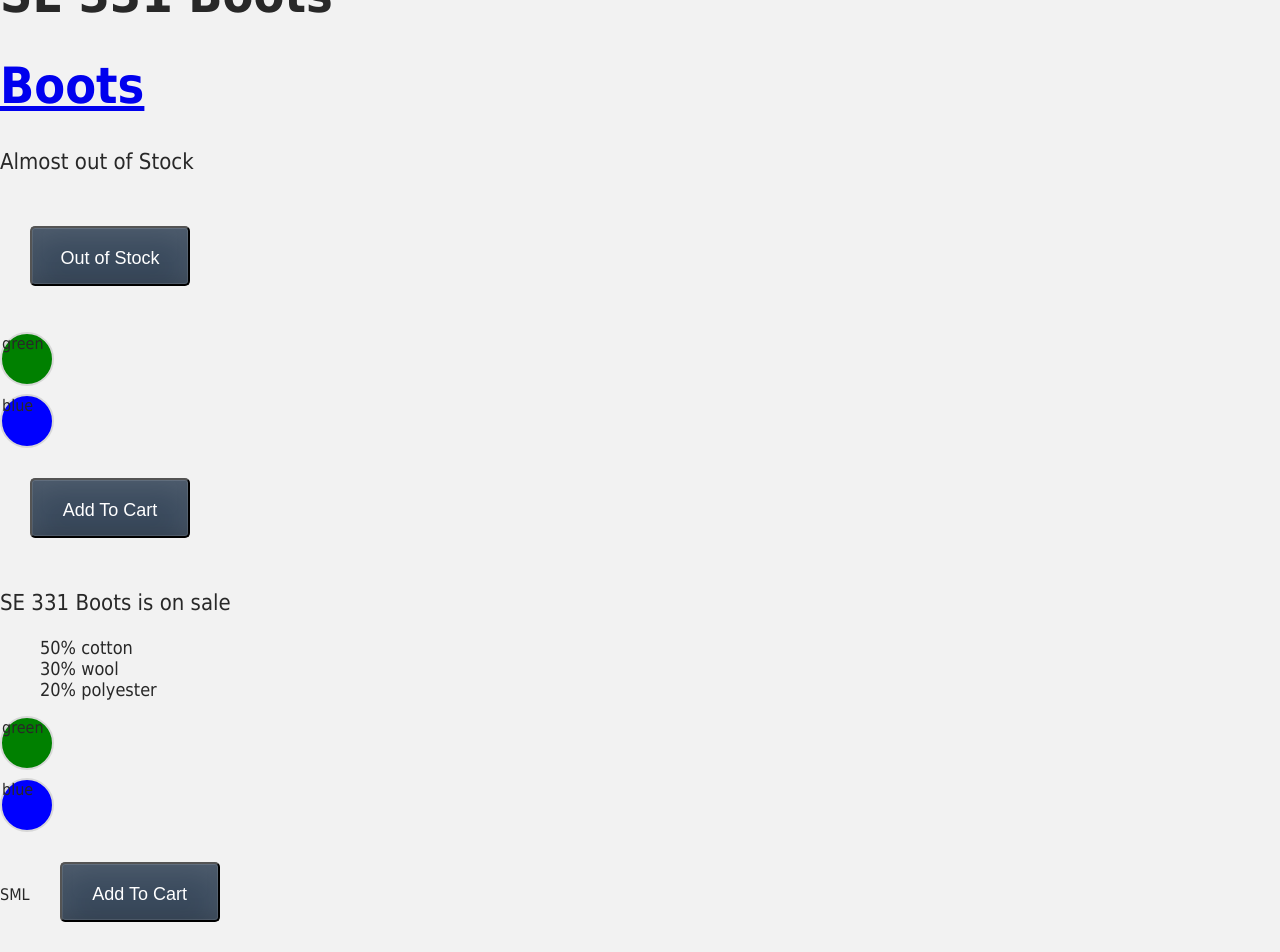
Repository: assassinhua/lab1
Page: index.html
These files come from the project's save history. The page is drawn as it stood at one moment and after the next save; the edit follows.
The browser window is 1280 px wide. The pictures show the part of the page from y = 438 to 1390 px (the page is 1390 px tall before and 1289 px after).
A picture or video elsewhere on the page could not be fetched, so the positions and the page height are approximate.

Above is the page before, as saved 2024-10-24 16:09:13.

### index.html
<!DOCTYPE html>
<html lang="en">

<head>
    <meta charset="UTF-8" />
    <title>Intro SE331</title>
    <!-- Import Styles -->
    <link rel="stylesheet" href="./assets/styles.css" />
    <!-- Import Vue.js -->
    <script src="https://unpkg.com/vue@3/dist/vue.global.js"></script>
</head>

<body>
    <div id="app">
        <div class="nav-bar"></div>
        <div class="cart">Cart({{cart}})</div>
        <div class="cart">Stock Status: <span>{{ inStock ? 'In Stock' : 'Out of Stock' }}</span></div>
        <div class="product-display">
            <div class="product-container">
                <div class="product-image">
                    <img :src="image" :class="{'out-of-stock-image':!inStock}" alt="product-image">
                </div>
            </div>
        </div>
        <div class="product-info">
            <h1>{{title}}</h1>
            <a :href="productUrl" target="_blank">
                <h1>{{product}}</h1>
            </a>
            <p v-if="inventory > 10">In Stock</p>
            <p v-else-if="inventory <= 10 && inventory > 0">Almost out of Stock</p>
            <p v-else>Out of Stock</p>
            <button class="button" @click="toggleInStock">
                {{ inStock ? 'Out of Stock' : ' In Stock' }}
            </button>

            <ul>
                <li v-for="size in sizes">{{size}}</li>
            </ul>
             <div v-for="(variant,index) in variants" :key="variant.id"
             @mouseover="updateVariant(index)"
             class="color-circle" :style="{backgroundColor: variant.color}">
                                {{ variant.color}}
            </div>


            <button class="button" :disabled='!inStock'
            @click="addToCart" :class="{disabledButton: !inStock}">Add To
                Cart</button>
            </div>

            <p v-if="onSale">{{isOnSale}}</p>
            <p v-else>not on sale</p>
            <ul>
                <li v-for="detail in details">{{detail}}</li>
            </ul>
            <div v-for="(variant,index) in variants" :key="variant.id" @mouseover="updateVariant(index)"
                class="color-circle" :style="{backgroundColor: variant.color}">
                {{ variant.color}}
            </div>
            <span v-for="productSize in productSizes" :key="productSize.id">
                {{ productSize.size}}
            </span>
            <button class="button" :disabled='!inStock' @click="addToCart" :class="{disabledButton: !inStock}">Add To
                Cart</button>


        </div>

    </div>

    <!-- Import Js -->
    <script src="./main.js"></script>
</body>

</html>

### assets/styles.css
body {
  background-color: #f2f2f2;
  margin: 0px;
  font-family: tahoma;
  color: #282828;
}

.button {
  margin: 30px;
  background-color: #39495c;
  border-radius: 5px;
  font-size: 18px;
  width: 160px;
  height: 60px;
  color: white;
  padding: 20px;
  box-shadow: inset 0 -0.6em 1em -0.35em rgba(0, 0, 0, 0.17),
    inset 0 0.6em 2em -0.3em rgba(255, 255, 255, 0.15),
    inset 0 0 0em 0.05em rgba(255, 255, 255, 0.12);
  text-align: center;
  cursor: pointer;
}

.cart {
  margin: 25px 100px;
  float: right;
  border: 1px solid #d8d8d8;
  padding: 10px 30px;
  background-color: white;
  -webkit-box-shadow: 0px 2px 15px -12px rgba(0, 0, 0, 0.57);
  -moz-box-shadow: 0px 2px 15px -12px rgba(0, 0, 0, 0.57);
  box-shadow: 2px 15px -12px rgba(0, 0, 0, 0.57);
}

.color-circle {
  width: 50px;
  height: 50px;
  margin-top: 8px;
  border: 2px solid #d8d8d8;
  border-radius: 50%;
}


.disabledButton {
  background-color: #d8d8d8;
  cursor: not-allowed;
}

h1 {
  font-size: 50px;
}

h3 {
  font-size: 25px;
}

img {
  border: 2px solid #d8d8d8;
  width: 70%;
  margin: 40px;
  padding: 15px;
  -webkit-box-shadow: 0px 2px 15px -12px rgba(0, 0, 0, 0.57);
  -moz-box-shadow: 0px 2px 15px -12px rgba(0, 0, 0, 0.57);
  box-shadow: 2px 15px -12px rgba(0, 0, 0, 0.57);
}

input {
  width: 100%;
  height: 40px;
  margin-bottom: 20px;
}

label {
  font-size: 20px;
  margin-bottom: 5px;
}

li {
  font-size: 18px;
}

.nav-bar {
  background: linear-gradient(-90deg, #84cf6a, #16c0b0);
  height: 60px;
  margin-bottom: 25px;
  -webkit-box-shadow: 0px 2px 15px -12px rgba(0, 0, 0, 0.57);
  -moz-box-shadow: 0px 2px 15px -12px rgba(0, 0, 0, 0.57);
  box-shadow: 1px 1px 5px rgba(0, 0, 0, 0.57);
}

.out-of-stock-image {
  filter: grayscale(100%); /* 这将使图片变为灰色 */
}

p {
  font-size: 22px;
}

.product-display {
  display: flex;
  flex-direction: column;
  padding: 1rem;
}

.product-container {
  display: flex;
  flex-direction: row;
  flex-wrap: wrap;
}

.product-image,
.product-info {
  width: 50%;
}

.review-form {
  display: flex;
  flex-direction: column;
  width: 425px;
  padding: 20px;
  margin: 40px;
  border: 2px solid #d8d8d8;
  background-color: white;
  -webkit-box-shadow: 0px 2px 15px -12px rgba(0, 0, 0, 0.57);
  -moz-box-shadow: 0px 2px 15px -12px rgba(0, 0, 0, 0.57);
  box-shadow: 2px 15px -12px rgba(0, 0, 0, 0.57);
}

.review-container {
  width: 425px;
  padding: 20px;
  background-color: white;
  -webkit-box-shadow: 0px 2px 20px -12px rgba(0, 0, 0, 0.57);
  -moz-box-shadow: 0px 2px 20px -12px rgba(0, 0, 0, 0.57);
  box-shadow: 2px 20px -12px rgba(0, 0, 0, 0.57);
  margin-left: 40px;
  border: 2px solid #d8d8d8;
}

.review-container li {
  margin-bottom: 30px;
}

.review-form .button {
  display: block;
  margin: 30px auto;
}

select {
  height: 40px;
  font-size: 20px;
  background-color: white;
  cursor: pointer;
}

textarea {
  width: 95%;
  height: 70px;
  padding: 10px;
  font-size: 20px;
  margin-bottom: 20px;
}

ul {
  list-style-type: none;
}

@media only screen and (max-width: 600px) {
  .container {
    flex-direction: column;
  }

  .product-image,
  .product-info {
    margin-left: 10px;
    width: 100%;
  }

  .review-form {
    width: 90%;
  }
}

### main.js
const { createApp, ref, computed } = Vue

createApp({
    setup() {
        const product = ref('Boots')
        const brand = ref('SE 331')
        const productUrl = 'http://www.camt.cmu.ac.th'
        const inventory = ref(5)
        const onSale = ref(true)
        const details = ref([
            '50% cotton',
            '30% wool',
            '20% polyester'
        ])
        const variants = ref([
            { id: 2234, color: 'green', image: './assets/images/socks_green.jpg', quantity: 50 },
            { id: 2235, color: 'blue', image: './assets/images/socks_blue.jpg', quantity: 0 }
        ])
        const selectedVariant = ref(0)
        const productSizes = ref([
            { id: 1, size: 'S' },
            { id: 2, size: 'M' },
            { id: 3, size: 'L' },
        ])
        const cart = ref(0)
        function addToCart() {
            cart.value += 1
        }
        const title = computed(() => {
            return brand.value + ' ' + product.value
        })
        const isOnSale = computed(() => {
            return brand.value + ' ' + product.value + ' ' + 'is on sale'
        })
        function updateImage(variantImage) {
            image.value = variantImage
        }
        function updateVariant(index) {
            selectedVariant.value = index;
        }
        const image = computed(() => {
            return variants.value[selectedVariant.value].image
        })
        const inStock = computed(() => {
            return variants.value[selectedVariant.value].quantity
        })
        const toggleInStock = () => {
            const currentVariant = variants.value[selectedVariant.value];
            currentVariant.quantity = currentVariant.quantity > 0 ? 0 : 50;
        }
        return {
            product,
            brand,
            title,
            isOnSale,
            image,
            productUrl,
            inStock,
            inventory,
            onSale,
            details,
            variants,
            selectedVariant,
            productSizes,
            cart,
            addToCart,
            updateImage,
            toggleInStock,
            updateVariant

        }
    }

}).mount('#app')

After the next save:
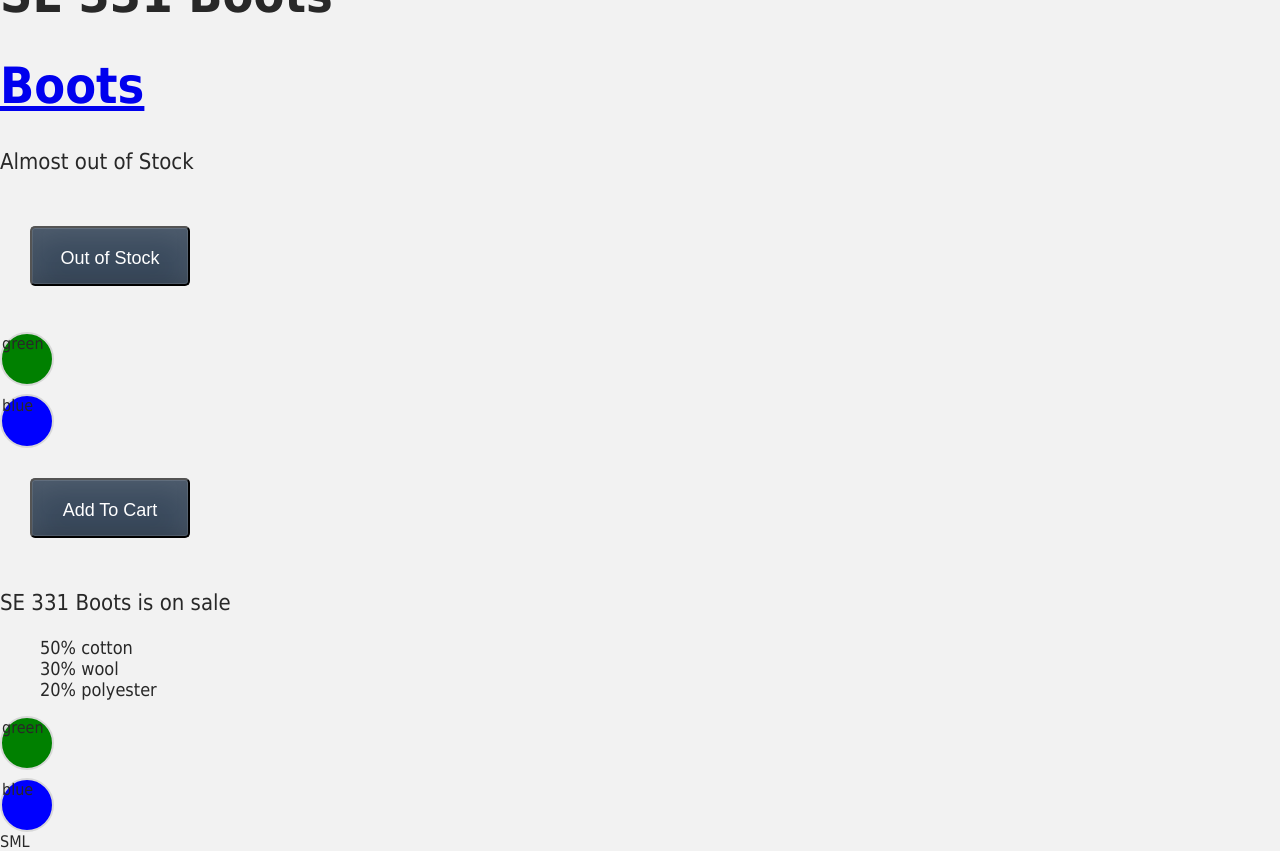
Saved 98 s later.
--- a/index.html
+++ b/index.html
@@ -61,8 +61,7 @@
             <span v-for="productSize in productSizes" :key="productSize.id">
                 {{ productSize.size}}
             </span>
-            <button class="button" :disabled='!inStock' @click="addToCart" :class="{disabledButton: !inStock}">Add To
-                Cart</button>
+
 
 
         </div>
